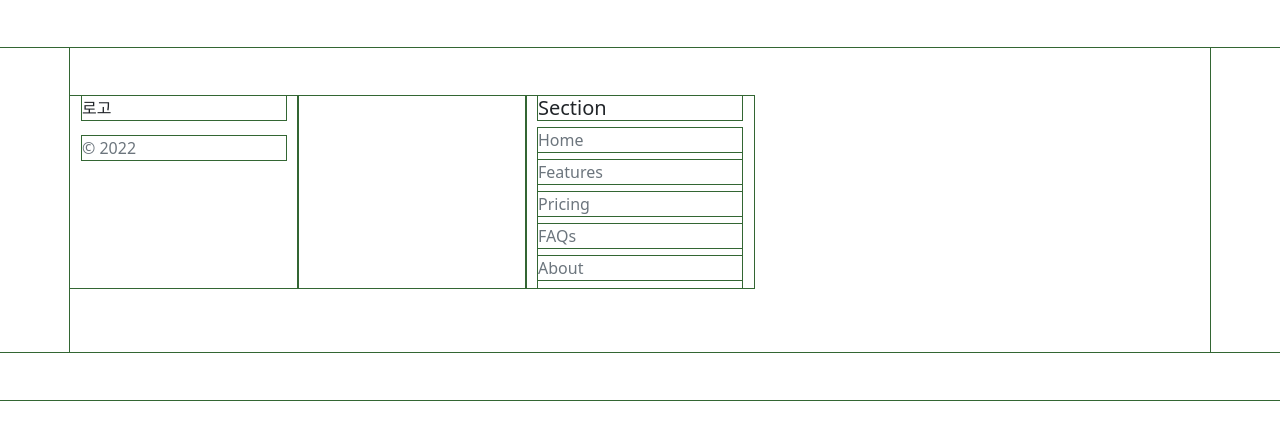
Repository: raoniee/Elice-House-Project
Page: FE/src/components/footer/footer.html
An editor plug-in stored every save of this project. The page is shown before and after the next save, followed by the edit.
The browser window is 1280 px wide. The pictures show the whole page.

Above is the page before, as saved 2023-07-04 16:49:25.

### FE/src/components/footer/footer.html
<!DOCTYPE html>
<html lang="ko">
  <head>
    <meta charset="UTF-8" />
    <meta http-equiv="X-UA-Compatible" content="IE=edge" />
    <meta name="viewport" content="width=device-width, initial-scale=1.0" />
    <title>Elice-House</title>
    <link
      href="https://cdn.jsdelivr.net/npm/bootstrap@5.2.3/dist/css/bootstrap.min.css"
      rel="stylesheet"
      integrity="sha384-rbsA2VBKQhggwzxH7pPCaAqO46MgnOM80zW1RWuH61DGLwZJEdK2Kadq2F9CUG65"
      crossorigin="anonymous"
    />
    <style>
      * {
        outline: 1px solid #363;
      }
    </style>
  </head>
  <body>
    <div class="container">
      <footer class="row row-cols-1 row-cols-sm-2 row-cols-md-5 py-5 my-5">
        <div class="col mb-3">
          <a
            href="/"
            class="d-flex align-items-center mb-3 link-dark text-decoration-none"
          >
            로고
          </a>
          <p class="text-muted">&copy; 2022</p>
        </div>

        <div class="col mb-3"></div>

        <div class="col mb-3">
          <h5>Section</h5>
          <ul class="nav flex-column">
            <li class="nav-item mb-2">
              <a href="#" class="nav-link p-0 text-muted">Home</a>
            </li>
            <li class="nav-item mb-2">
              <a href="#" class="nav-link p-0 text-muted">Features</a>
            </li>
            <li class="nav-item mb-2">
              <a href="#" class="nav-link p-0 text-muted">Pricing</a>
            </li>
            <li class="nav-item mb-2">
              <a href="#" class="nav-link p-0 text-muted">FAQs</a>
            </li>
            <li class="nav-item mb-2">
              <a href="#" class="nav-link p-0 text-muted">About</a>
            </li>
          </ul>
        </div>
      </footer>
    </div>
    <script
      src="https://cdn.jsdelivr.net/npm/bootstrap@5.2.3/dist/js/bootstrap.bundle.min.js"
      integrity="sha384-kenU1KFdBIe4zVF0s0G1M5b4hcpxyD9F7jL+jjXkk+Q2h455rYXK/7HAuoJl+0I4"
      crossorigin="anonymous"
    ></script>
  </body>
</html>

After the next save:
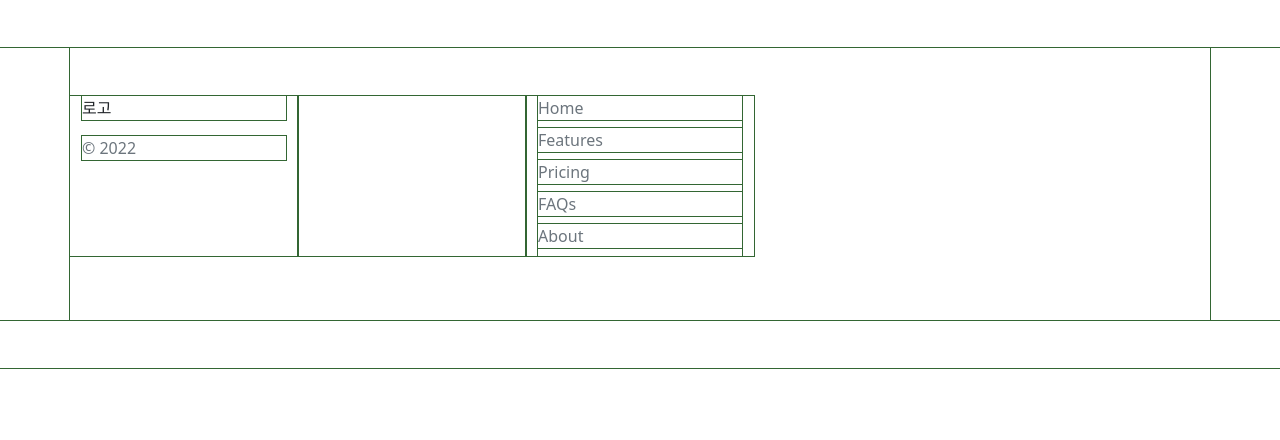
Saved 19 s later.
--- a/FE/src/components/footer/footer.html
+++ b/FE/src/components/footer/footer.html
@@ -33,7 +33,6 @@
         <div class="col mb-3"></div>
 
         <div class="col mb-3">
-          <h5>Section</h5>
           <ul class="nav flex-column">
             <li class="nav-item mb-2">
               <a href="#" class="nav-link p-0 text-muted">Home</a>
